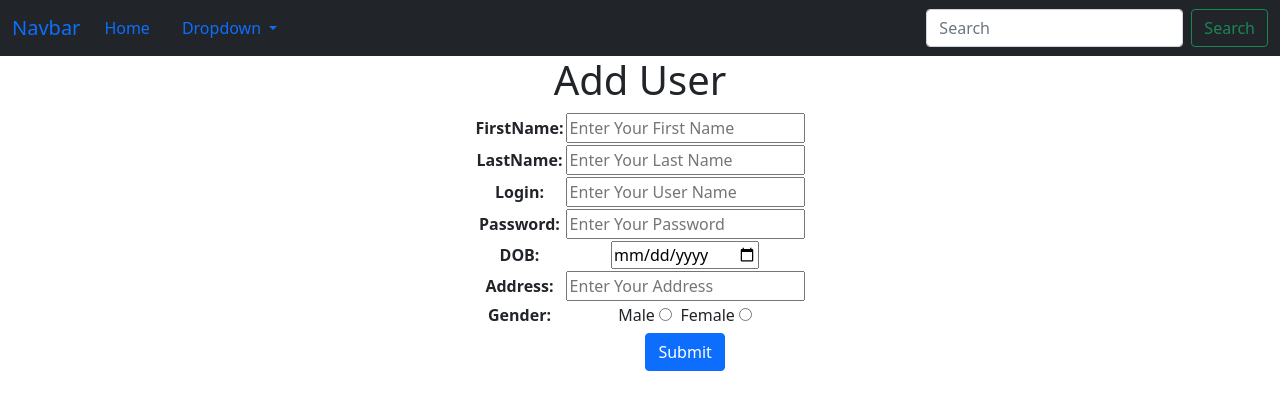
Repository: NitSharma87/Advance-Java
Page: http://localhost/Servlet_Excercise/AddUser.jsp
These files come from the project's save history. The page is drawn as it stood at one moment and after the next save; the edit follows.
The browser window is 1280 px wide. The pictures show the whole page.
The page is served by Tomcat 10. Other server files are loaded and not shown.

Above is the page before, as saved 2026-07-07 10:52:16.

### Servlet Excercise/src/main/webapp/AddUser.jsp
<%@ page language="java" contentType="text/html; charset=UTF-8"
	pageEncoding="UTF-8"%>
<!DOCTYPE html>
<html>
<head>
<meta charset="UTF-8">
<title>Add User</title>
<style>
.center {
	text-align: center;
}

table {
	margin: auto;
}
</style>
</head>
<body>
	<%@include file="Header.jsp"%>
	<div class="center">
		<h1>Add User</h1>
		<form action="UserServlet" method="post">
			<table class="center">


				<tr>
					<th>FirstName:</th>
					<td><input type="text" name="firstName"
						placeholder="Enter Your First Name"></td>
				</tr>
				<tr>
					<th>LastName:</th>
					<td><input type="text" name="lastName"
						placeholder="Enter Your Last Name"></td>
				</tr>
				<tr>
					<th>Login:</th>
					<td><input type="text" name="userName"
						placeholder="Enter Your User Name"></td>
				</tr>
				<tr>
					<th>Password:</th>
					<td><input type="password" name="password"
						placeholder="Enter Your Password"></td>
				</tr>
				<tr>
					<th>DOB:</th>
					<td><input type="Date" name="dob" placeholder="Enter Your DOB"></td>
				</tr>
				<tr>
					<th>Address:</th>
					<td><input type="text" name="address"
						placeholder="Enter Your Address"></td>
				</tr>
				<tr>
					<th>Gender:</th>
					<td>Male <input type="radio" name="gender" value="male">&nbsp;
						Female <input type="radio" name="gender" value="female"></td>
				</tr>

				<tr>
					<th></th>
					<td>
						<button type="submit" class="btn btn-primary mt-1">
							Submit</button>
					</td>
				</tr>


			</table>
		</form>
	</div>
</body>
</html>

### Servlet Excercise/src/main/webapp/Header.jsp
<%@ page language="java" contentType="text/html; charset=UTF-8"
	pageEncoding="UTF-8"%>
<!DOCTYPE html>
<html>
<head>
<meta charset="UTF-8">

<title>Insert title here</title>
<link
	href="https://cdn.jsdelivr.net/npm/bootstrap@5.0.2/dist/css/bootstrap.min.css"
	rel="stylesheet">
</head>
<body>
<nav class="navbar navbar-expand-lg navbar-white bg-dark">
  <div class="container-fluid">
    <a class="navbar-brand" href="#">Navbar</a>
    <button class="navbar-toggler" type="button" data-bs-toggle="collapse" data-bs-target="#navbarSupportedContent" aria-controls="navbarSupportedContent" aria-expanded="false" aria-label="Toggle navigation">
      <span class="navbar-toggler-icon"> </span>
    </button>
    <div class="collapse navbar-collapse" id="navbarSupportedContent">
      <ul class="navbar-nav me-auto mb-2 mb-lg-0">
        <li class="nav-item">
          <a class="nav-link active" aria-current="page" href="#">Home</a>
        </li>
        <li class="nav-item">
          <a class="nav-link" href="#"></a>
        </li>
        <li class="nav-item dropdown">
          <a class="nav-link dropdown-toggle" href="#" id="navbarDropdown" role="button" data-bs-toggle="dropdown" aria-expanded="false">
            Dropdown
          </a>
          <ul class="dropdown-menu" aria-labelledby="navbarDropdown">
            <li><a class="dropdown-item" href="#">User View</a></li>
            <li><a class="dropdown-item" href="#">User List</a></li>
            <li><a class="dropdown-item" href="#">User Registration</a></li>
            <li><hr class="dropdown-divider"></li>
            <li><a class="dropdown-item" href="#">Login</a></li>
          </ul>
        </li>

      </ul>
      <form class="d-flex">
        <input class="form-control me-2" type="search" placeholder="Search" aria-label="Search">
        <button class="btn btn-outline-success" type="submit">Search</button>
      </form>
    </div>
  </div>
</nav>




<script src="https://cdn.jsdelivr.net/npm/bootstrap@5.0.2/dist/js/bootstrap.min.js" ></script>
</body>
</html>

After the next save:
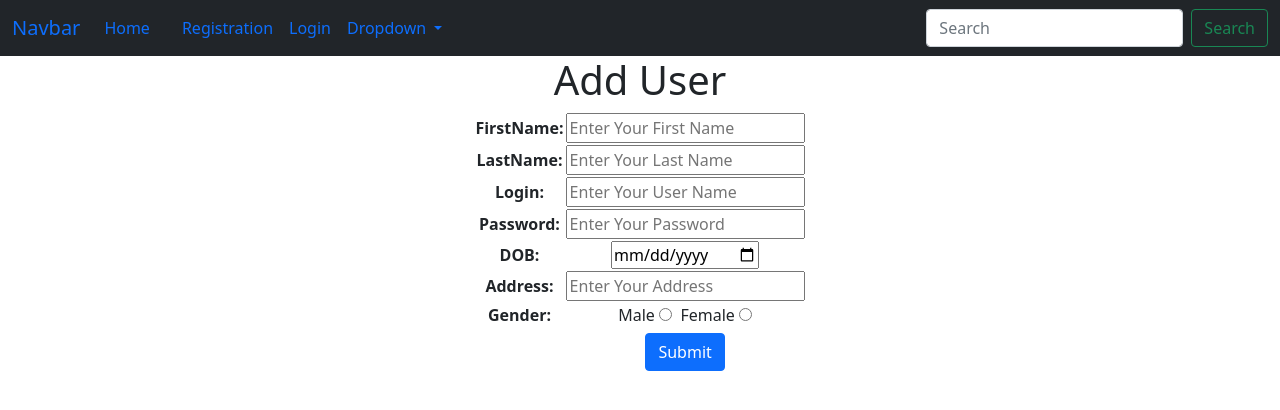
Saved 48 s later.
--- a/Servlet Excercise/src/main/webapp/Header.jsp
+++ b/Servlet Excercise/src/main/webapp/Header.jsp
@@ -24,6 +24,12 @@
         </li>
         <li class="nav-item">
           <a class="nav-link" href="#"></a>
+        </li>
+        <li class="nav-item">
+          <a class="nav-link" href="#">Registration</a>
+        </li>
+        <li class="nav-item">
+          <a class="nav-link" href="#">Login</a>
         </li>
         <li class="nav-item dropdown">
           <a class="nav-link dropdown-toggle" href="#" id="navbarDropdown" role="button" data-bs-toggle="dropdown" aria-expanded="false">
